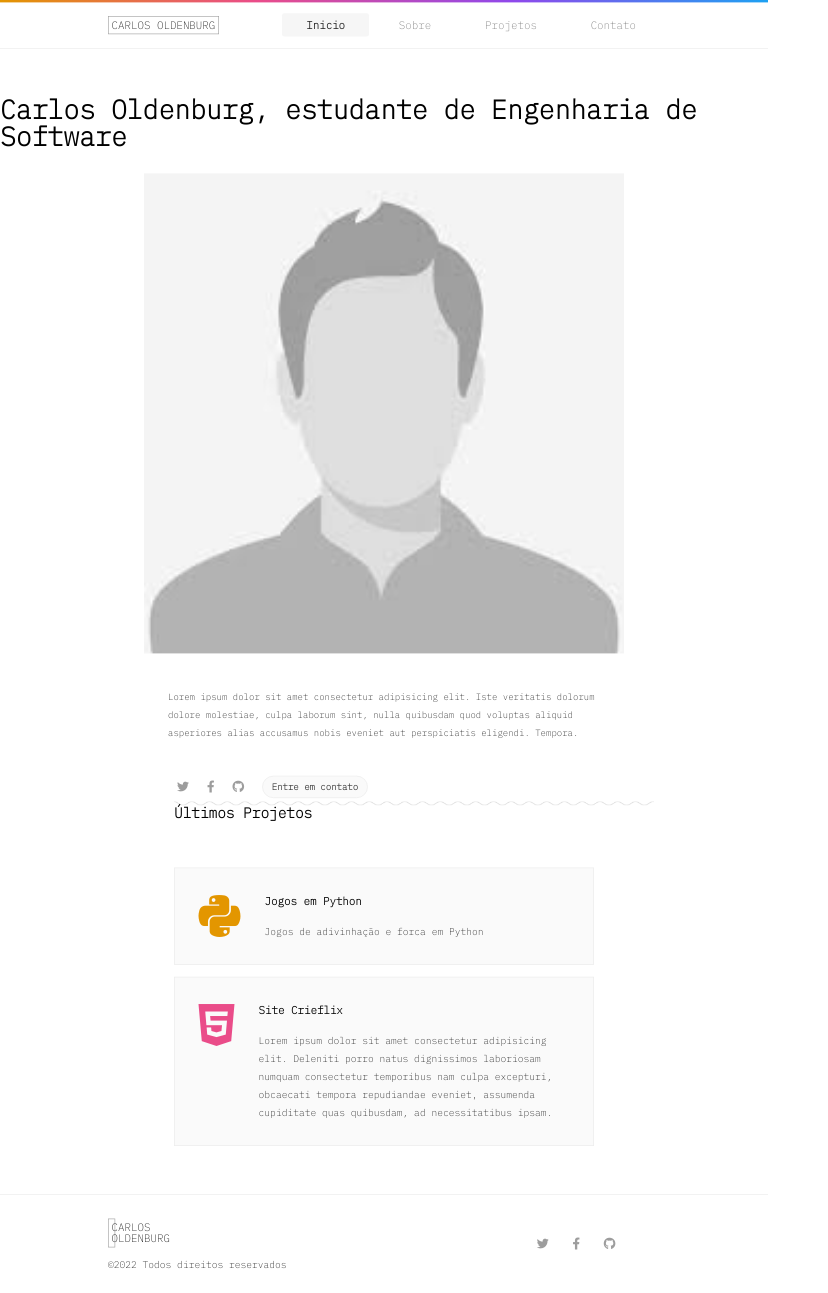
Repository: Carolden/PortfolioCrie
Page: index.html
An editor plug-in stored every save of this project. The page is shown before and after the next save, followed by the edit.
The browser window is 1280 px wide. The page is 1380 px wide, so the pictures cover 1380 px, including what lies to the right of the window. The pictures show the whole page, at 60% of full size.

Above is the page before, as saved 2023-05-25 12:54:36.

### index.html
<!DOCTYPE html>
<html lang="pt-BR">
<head>
    <meta charset="UTF-8">
    <meta http-equiv="X-UA-Compatible" content="IE=edge">
    <meta name="viewport" content="width=device-width, initial-scale=1.0">
    <title>Carlos Eduardo Oldenburg</title>

    <link rel="stylesheet" href="styles/base/reset.css">
    <link rel="stylesheet" href="styles/base/body.css">
    <link rel="stylesheet" href="styles/components/contact.css">
    <link rel="stylesheet" href="styles/layout/container.css">
    <link rel="stylesheet" href="styles/components/divisor.css">
    <link rel="stylesheet" href="styles/layout/footer.css">
    <link rel="stylesheet" href="styles/layout/header.css">
    <link rel="stylesheet" href="styles/layout/index__section.css">
    <link rel="stylesheet" href="styles/components/about__text.css">
    <link rel="stylesheet" href="styles/components/header__a.css">
    <link rel="stylesheet" href="styles/components/header__nav.css">
    <link rel="stylesheet" href="styles/components/hr.css">
    <link rel="stylesheet" href="styles/components/img__container.css">
    <link rel="stylesheet" href="styles/components/img__projeto.css">
    <link rel="stylesheet" href="styles/components/name__box.css">
    <link rel="stylesheet" href="styles/components/project__a.css">
    <link rel="stylesheet" href="styles/components/project__container.css">
    <link rel="stylesheet" href="styles/components/project__index.css">
    <link rel="stylesheet" href="styles/components/section__contact.css">
    <link rel="stylesheet" href="styles/components/section__image.css">
    <link rel="stylesheet" href="styles/components/section__p.css">
    <link rel="stylesheet" href="styles/components/section__title.css">
    <link rel="stylesheet" href="styles/components/work.css">
    <link rel="stylesheet" href="sobre.html">

    <link rel="preconnect" href="https://fonts.googleapis.com">
    <link rel="preconnect" href="https://fonts.gstatic.com" crossorigin>
    <link href="https://fonts.googleapis.com/css2?family=IBM+Plex+Mono:wght@200&family=Open+Sans:wght@800&display=swap" rel="stylesheet">
    <link rel="stylesheet" href="https://cdnjs.cloudflare.com/ajax/libs/font-awesome/6.4.0/css/all.min.css">



</head>
<body>

    <header class="header">

        <div class="name__container">
            <h2 class="name__box">CARLOS OLDENBURG</h2>
        </div>

        <nav class="header__nav">
            <a href="index.html" class="header__a active">Inicio</a>
            <a href="sobre.html" class="header__a"> Sobre</a>
            <a href="projetos.html" class="header__a">Projetos</a>
            <a href="contact.html" class="header__a">Contato</a>
        </nav>

    </header>

    <section class="index__section">

        <span>
            <h1 class="section__title">Carlos Oldenburg, estudante de Engenharia de Software</h1>
        </span>

        <div>
            <img src="images/imagem.jpeg" alt="foto" class="section__image">
        </div>

        <span class="section__p">
            <p>Lorem ipsum dolor sit amet consectetur adipisicing elit. Iste veritatis dolorum dolore molestiae, culpa laborum sint, nulla quibusdam quod voluptas aliquid asperiores alias accusamus nobis eveniet aut perspiciatis eligendi. Tempora.</p>
        </span>



    </section>

    <div class="section__contact">
        <i class="fa-brands fa-twitter contact__icon"></i>
        <i class="fa-brands fa-facebook-f contact__icon"></i>
        <i class="fa-brands fa-github contact__icon"></i>
        <a href="#" class="contact__button">Entre em contato</a>
    </div>

    <div class="div__divisor">

        <img src="images/Divisor.png" alt="" class="img__divisor">

    </div>

    <section class="last__projects">

        <h2 class="project__h2 container">Últimos Projetos</h2>

        <div class="project__index">

            <i class="fa-brands fa-python project__icon"></i>

            <div>

                <h3 class="project__h3">Jogos em Python</h3>
                <p class="project__p">Jogos de adivinhação e forca em Python</p>

            </div>

        </div>

        <div class="project__index">

            <i class="fa-brands fa-html5 project__icon icon--color--pink"></i>

            <div>

                <h3 class="project__h3">Site Crieflix</h3>
                <p class="project__p">Lorem ipsum dolor sit amet consectetur adipisicing elit. Deleniti porro natus dignissimos laboriosam numquam consectetur temporibus nam culpa excepturi, obcaecati tempora repudiandae eveniet, assumenda cupiditate quas quibusdam, ad necessitatibus ipsam.</p>

            </div>

        </div>

    </section>

    <footer class="footer">

        <div class="name__container footer__column">

            <h2 class="name__box name--footer">CARLOS OLDENBURG</h2>
            <p class="footer__p">©2022 Todos direitos reservados</p>

        </div>

        <div class="footer__column footer__icons">

            <i class="fa-brands fa-twitter contact__icon"></i>
            <i class="fa-brands fa-facebook-f contact__icon"></i>
            <i class="fa-brands fa-github contact__icon"></i>

        </div>

    </footer>

</body>
</html>

### styles/base/body.css
body {
    font-family: 'IBM Plex Mono', monospace;
    overflow-y: scroll;
}

### styles/components/contact.css
.contact {
    padding: 20px 0 20px 0;
    text-decoration: underline 3px #D9D9D9;
    line-height: 30px;
}

### styles/layout/container.css
.container {
    padding: 0 290px 0 290px;
}

### styles/components/divisor.css
.img__divisor {
    padding: 0 290px 0 290px;
    color: #EAEAEA;
    width: 100%;

}

.div__divisor {
    display: flex;
}

.index--divisor {
    margin: 80px 0 80px 0;
}

### styles/layout/footer.css
.footer {
    display: flex;
    box-sizing: border-box;
    align-items: center;
    border-top: 1px solid #EAEAEA;
    margin-top: 80px;
    align-items: center;
}

.name--footer {
    margin: 40px 550px 20px 180px;
}

footer p {
    margin: 0 0 40px 180px;
}

.footer__column {
    width: 50%;
}

.footer__icons {
    text-align: center;
}

### styles/layout/header.css
.header {
    display: flex;
    justify-content: space-between;
    height: 80px;
    width: 100%;
    left: 0px;
    top: 4px;
    border-radius: 0px;
    box-sizing: border-box;
    /* position: absolute; */
    align-items: center;
    border-top: 4px;
    border-image: linear-gradient(to right, #E39600, #EA4C89, #8F48EB, #1DA1F2) 1;
    border-style: solid;
}

### styles/layout/index__section.css
.index__section {
    display: flex;
    flex-direction: column;
    align-items: center;
    border-top: 1px solid #EAEAEA;
    padding: 80px 0 50px 0;
}

### styles/components/about__text.css
.about__text {
    /* display: flex; */
    padding: 80px 290px 0 290px;
    align-items: left;
    flex-direction: column;
    border-top: 1px solid #EAEAEA;
}

### styles/components/header__a.css
.header__a {
    padding: 40px;
    text-decoration: none;
    color: #6C6C6C;
    font-size: 18px;
}

.active {
    color: #242424;
    font-weight: 600;
    background: #F6F6F6;
    border-radius: 4px;
    padding-top: 8px;
    padding-bottom: 8px;
}

### styles/components/header__nav.css
.header__nav {
    margin-right: 180px;
}

### styles/components/hr.css
.hr {
    padding: 0 290px 0 290px;
    color: #EAEAEA;
    width: 100%;

}

### styles/components/img__container.css
.img__container {
    display: flex;
    justify-content: center;
    align-items: center;
}

### styles/components/img__projeto.css
.img__projeto {
    width: 1000px;
    height: 500px;
    align-items: center;
    margin-bottom: 40px;
}

.img--cover {
    object-fit: cover;
}

### styles/components/name__box.css
.name__box {
    border: 1px solid #9D9D9D;
    padding: 5px;
    margin-left: 180px;
    font-size: 18px;
}

### styles/components/project__a.css
.project__a {
    text-decoration: none;
    color: inherit;
}

### styles/components/project__container.css
.project__container {
    display: flex;
    flex-direction: column;
    padding-bottom: 80px;
}

.project__container:last-child {
    padding-bottom: 40px;
}

### styles/components/project__index.css
.project__h2 {
    padding-bottom: 80px;
    font-size: 24px;
    font-weight: 600;
}

.project__index {
    border: 1px solid #EAEAEA;
    margin: 0 290px 20px 290px;
    display: flex;
    background-color: #FAFAFA;
}

.project__icon {
    font-size: 80px;
    padding: 40px 20px 40px 40px;
    color: #E39600;
}

.project__h3 {
    font-size: 18px;
    font-weight: 600;
    padding: 40px 0 20px 20px;
    line-height: 30px;
}

.project__p {
    padding: 0 40px 40px 20px;
    line-height: 30px;
}

.icon--color--pink {
    color: #EA4C89;
}

### styles/components/section__contact.css
.section__contact {
    display: flex;
    margin: 0 280px 0 280px;
    align-items: center;
}

.contact__icon {
    padding: 15px;
    font-size: 20px;
    color: #9D9D9D;
}

.contact__button {
    text-decoration: none;
    padding-left: 15px;
    color: #363636;
    font-weight: 600;
    font-size: 15px;
    border: 1px solid #EAEAEA;
    border-radius: 20px;
    background: #FAFAFA;
    padding: 10px 15px;
    margin-left: 15px;
}

### styles/components/section__image.css
.section__image {
    width: 800px;
    height: 800px;
    padding: 40px 0 55px 0;

}

### styles/components/section__p.css
.section__p {
    font-size: 15px;
    font-weight: 400;
    line-height: 30px;
    letter-spacing: 0em;
    text-align: left;
    margin: 0 280px 0 280px;
    line-height: 30px;
}

.about--p {
    margin: 0;
    padding-bottom: 40px;
}

### styles/components/section__title.css
.section__title {
    font-size: 44px;
    font-weight: 600;
}

.section--align {
    text-align: left;
    padding-bottom: 20px;
}

### styles/components/work.css
.work__title {
    font-size: 24px;
    font-weight: 600;
    padding-bottom: 40px;
}

.work__container {
    display: flex;
    justify-content: space-between;
    padding-bottom: 20px;
}

.work {
    margin-left: 290px;
    margin-right: 290px;
}

.work__subtitle {
    font-size: 18px;
    font-weight: 600;
}

.work__p {
    font-size: 15px;
    font-weight: 400;
}

### sobre.html
<!DOCTYPE html>
<html lang="pt-BR">
<head>
    <meta charset="UTF-8">
    <meta http-equiv="X-UA-Compatible" content="IE=edge">
    <meta name="viewport" content="width=device-width, initial-scale=1.0">
    <title>Carlos Eduardo Oldenburg</title>

    <link rel="stylesheet" href="styles/base/reset.css">
    <link rel="stylesheet" href="styles/base/body.css">
    <link rel="stylesheet" href="styles/components/contact.css">
    <link rel="stylesheet" href="styles/layout/container.css">
    <link rel="stylesheet" href="styles/components/divisor.css">
    <link rel="stylesheet" href="styles/layout/footer.css">
    <link rel="stylesheet" href="styles/layout/header.css">
    <link rel="stylesheet" href="styles/layout/index__section.css">
    <link rel="stylesheet" href="styles/components/about__text.css">
    <link rel="stylesheet" href="styles/components/header__a.css">
    <link rel="stylesheet" href="styles/components/header__nav.css">
    <link rel="stylesheet" href="styles/components/hr.css">
    <link rel="stylesheet" href="styles/components/img__container.css">
    <link rel="stylesheet" href="styles/components/img__projeto.css">
    <link rel="stylesheet" href="styles/components/name__box.css">
    <link rel="stylesheet" href="styles/components/project__a.css">
    <link rel="stylesheet" href="styles/components/project__container.css">
    <link rel="stylesheet" href="styles/components/project__index.css">
    <link rel="stylesheet" href="styles/components/section__contact.css">
    <link rel="stylesheet" href="styles/components/section__image.css">
    <link rel="stylesheet" href="styles/components/section__p.css">
    <link rel="stylesheet" href="styles/components/section__title.css">
    <link rel="stylesheet" href="styles/components/work.css">
    <link rel="stylesheet" href="sobre.html">

    <link rel="preconnect" href="https://fonts.googleapis.com">
    <link rel="preconnect" href="https://fonts.gstatic.com" crossorigin>
    <link href="https://fonts.googleapis.com/css2?family=IBM+Plex+Mono:wght@200&family=Open+Sans:wght@800&display=swap" rel="stylesheet">
    <link rel="stylesheet" href="https://cdnjs.cloudflare.com/ajax/libs/font-awesome/6.4.0/css/all.min.css">

</head>
<body>

    <header class="header">

        <div class="name__container">
            <h2 class="name__box">CARLOS OLDENBURG</h2>
        </div>

        <nav class="header__nav">
            <a href="index.html" class="header__a">Inicio</a>
            <a href="sobre.html" class="header__a active"> Sobre</a>
            <a href="projetos.html" class="header__a">Projetos</a>
            <a href="contact.html" class="header__a">Contato</a>
        </nav>

    </header>

    <section>

        <div class="about__text">

        <h1 class="section__title section--align">Olá, meu nome é Carlos!</h1>
        <p class="section__p about--p">Lorem ipsum dolor sit amet, consectetur adipiscing elit. Vestibulum elit magna, pretium pellentesque auctor vel, finibus at sapien. Nulla sodales condimentum velit, ut porta tellus semper molestie. Integer aliquet efficitur ex, ut euismod lectus aliquam a. Nullam mattis turpis nec erat vestibulum vehicula.

            In a velit posuere, pretium ante ut, pellentesque ligula. Nulla rutrum ultrices quam vel laoreet. Fusce ut hendrerit nisl. Vestibulum ante ipsum primis in faucibus orci luctus et ultrices posuere cubilia curae; Sed auctor aliquet lorem pharetra pharetra. Sed sed ante placerat, fermentum ante sed, rutrum lectus. Ut non aliquam mi, ut dictum felis.

            Sed faucibus consequat interdum. Morbi gravida dignissim metus in commodo. Etiam diam ligula, tempus quis nisi et, placerat tincidunt orci. Quisque luctus, nisi a pharetra bibendum, augue metus gravida lectus, ac dapibus lorem magna ac lacus. Vivamus sit amet porttitor est, nec tempus est.

            Mauris nec porta magna, rutrum scelerisque odio. Duis maximus venenatis facilisis. Vestibulum dignissim egestas lacinia. Etiam faucibus convallis vulputate. Donec faucibus tincidunt pulvinar. Mauris rhoncus dolor et purus vulputate, non porttitor dolor laoreet.</p>

        </div>

    </section>

    <hr class="hr">

    <section class="work">

        <h2 class="work__title">Trabalho</h2>

        <div class="work__container">
            <h3 class="work__subtitle">Virtude Informática</h3>
            <p>Técnico de informática   -   2020 -&emsp;&emsp;&emsp;</p>
        </div>

        <div class="work__container">
            <h3 class="work__subtitle">Sustentare Seguros</h3>
            <p>Auxiliar Administrativo   -   2019 - 2020</p>
        </div>

        <div class="work__container">
            <h3 class="work__subtitle">Banrisul</h3>
            <p class="work__p">Estagiário   -   2017 - 2019</p>
        </div>

    </section>

    <hr class="hr">

    <section class="work">

        <h2 class="work__title">Escolaridade e Cursos</h2>

        <div class="work__container">
            <h3 class="work__subtitle">Univates - Curso Intensivo de Programação</h3>
            <p>Crie_TI   -   2023 -&emsp;&emsp;&emsp;</p>
        </div>

        <div class="work__container">
            <h3 class="work__subtitle">UNINTER - Bacharelado</h3>
            <p>Engenharia de Software   -   2021 -&emsp;&emsp;&emsp;</p>
        </div>

        <div class="work__container">
            <h3 class="work__subtitle">EEEPE - Curso Técnico</h3>
            <p>Técnico de Informática   -   2020 - 2021</p>
        </div>

        <div class="work__container">
            <h3 class="work__subtitle">Univates - Bacharelado</h3>
            <p>Administração de Empresas   -   2014 - 2019</p>
        </div>

    </section>

    <footer class="footer">

        <div class="name__container footer__column">

            <h2 class="name__box name--footer">CARLOS OLDENBURG</h2>
            <p class="footer__p">©2022 Todos direitos reservados</p>

        </div>

        <div class="footer__column footer__icons">

            <i class="fa-brands fa-twitter contact__icon"></i>
            <i class="fa-brands fa-facebook-f contact__icon"></i>
            <i class="fa-brands fa-github contact__icon"></i>

        </div>

    </footer>

</body>
</html>

Loaded but not shown: styles/base/reset.css (common file)

After the next save:
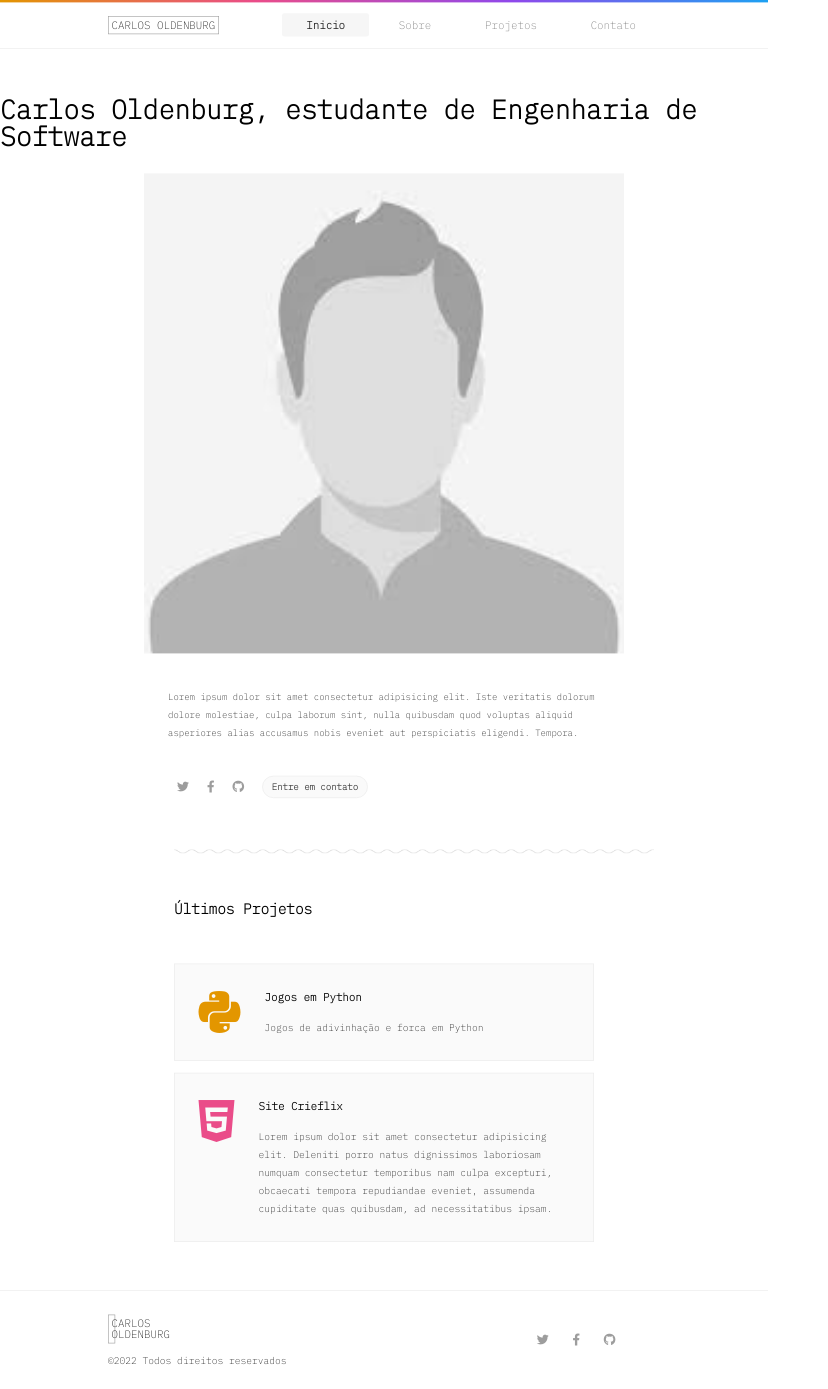
Saved 21 s later.
--- a/index.html
+++ b/index.html
@@ -81,7 +81,7 @@
         <a href="#" class="contact__button">Entre em contato</a>
     </div>
 
-    <div class="div__divisor">
+    <div class="div__divisor index--divisor">
 
         <img src="images/Divisor.png" alt="" class="img__divisor">
 
